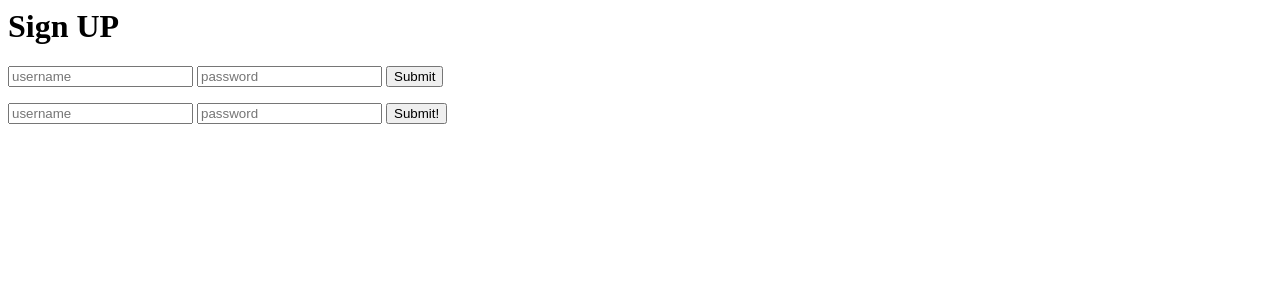
Repository: bosicheng/yelpcamp-project
Page: http://localhost/register
The author's editor kept a record of every edit. The page is drawn from the files as they stood at one moment, then again after the next edit.
The browser window is 1280 px wide. The pictures show the whole page.
The page is served by the project's Node server (Authentication/AuthDemo/app.js). Other server files are loaded and not shown.

Above is the page before.

### Authentication/AuthDemo/views/register.ejs
<h1>Sign UP</h1>

<form action="/register" method="POST">
    <input type="text" name="username" placeholder="username">
    <input type="password" name="password" placeholder="password">
    <!--这里，在form表单最后，可以写input type='submit' 也可以直接放一个button-->
    <!--因为只要button是form表单最后一行，点击它就会自动提交表单-->
    <button>Submit</button>
</form>



<form action='/register' method='POST'>
    <input type='text' name='username' placeholder='username'>
    <input type='text' name='password' placeholder='password'>

    <button>Submit!</button>
</form>

### Authentication/AuthDemo/app.js
var express=require("express");
var app=express();
var mongoose=require('mongoose');
var passport=require("passport");
var bodyParser=require('body-parser');
var localStrategy=require('passport-local');
var passportLocalMongoose=require("passport-local-mongoose");
var User=require("./models/user");
var expressSession=require("express-session");

mongoose.connect("mongodb://localhost/auth_demo_app",{ useNewUrlParser: true });

app.use(expressSession({
    // 这里的secret是用来编码和解码进程的
    // 因为在进程中我们不会把数据存储为普通的英语
    secret:"aaa",
    resave:false,
    saveUninitialized:false
}))

app.use(passport.initialize());
app.use(passport.session());

// 这两行代码是负责从进程中读取数据并进行编码和解码
passport.serializeUser(User.serializeUser());
passport.deserializeUser(User.deserializeUser());
passport.use(new localStrategy(User.authenticate()));

app.set('view engine','ejs')

// 只要用form表单传数据都需要用到这行代码
app.use(bodyParser.urlencoded({extended:true}));

//ROUTES

app.get('/',function(req,res){
    res.render('home')
})

// 使用middleware操作阻止直接进入secret页，需要判断是否loggedin
app.get('/secret',isLoggedIn,function(req,res){
    res.render('secret')
})

//Authentication ROUTES
//show sign up form
app.get('/register',function(req,res){
    res.render('register')
})

app.post('/register',function(req,res){
    // 这里的逻辑是：form表单提交了req.body.username
    // 然后    .register方法新建user对象把username和传过来的username hash成对，再单独传password
    // 建立账户密码以后可以去数据库中查看，可以发现密码被编码成很长的一串
    User.register(new User({username:req.body.username}),req.body.password,function(err,user){
        if(err){
            console.log(err)
            return res.render('register')
        }
        passport.authenticate("local")(req, res, function(){
           res.redirect("/secret");
        });
    })
})

//LOGIN ROUTE
app.get('/login',function(req,res){
    res.render('login')
})

//login logic
// 但是这里不能直接post，是需要检测账号密码是否正确
//middleware: run before the final route callback,在route的开始和结束中间
app.post('/login',passport.authenticate('local',{
    successRedirect:'/secret',
    failureRedirect:'/login'
}),function(req,res){

})


app.get('/logout',function(req,res){
    // 下面指令的意义是passport会清除user所有在进程中的数据
    req.logout();
    res.redirect('/login')
})

// 这里的next指的就是最后一个route，也就是final callback
function isLoggedIn(req,res,next){
    if(req.isAuthenticated()){
        // 继续下一步
        return next();
    }
    res.redirect('/login')
}



app.listen(process.env.PORT,process.env.IP,function(){
    console.log('Server Started!')
})

After the next edit:
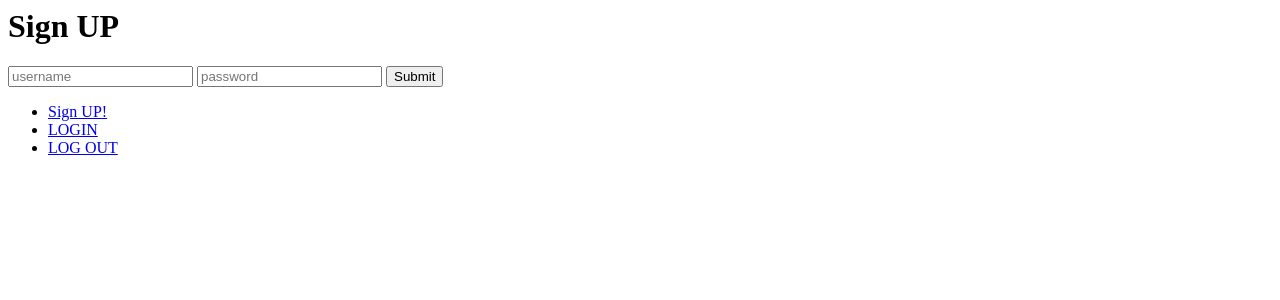
The edit:
--- a/Authentication/AuthDemo/views/register.ejs
+++ b/Authentication/AuthDemo/views/register.ejs
@@ -8,11 +8,8 @@
     <button>Submit</button>
 </form>
 
-
-
-<form action='/register' method='POST'>
-    <input type='text' name='username' placeholder='username'>
-    <input type='text' name='password' placeholder='password'>
-
-    <button>Submit!</button>
-</form>
+<ul>
+    <li><a href='/register'>Sign UP!</a></li>
+    <li><a href='/login'>LOGIN</a></li>
+    <li><a href='/logout'>LOG OUT</a></li>
+</ul>
